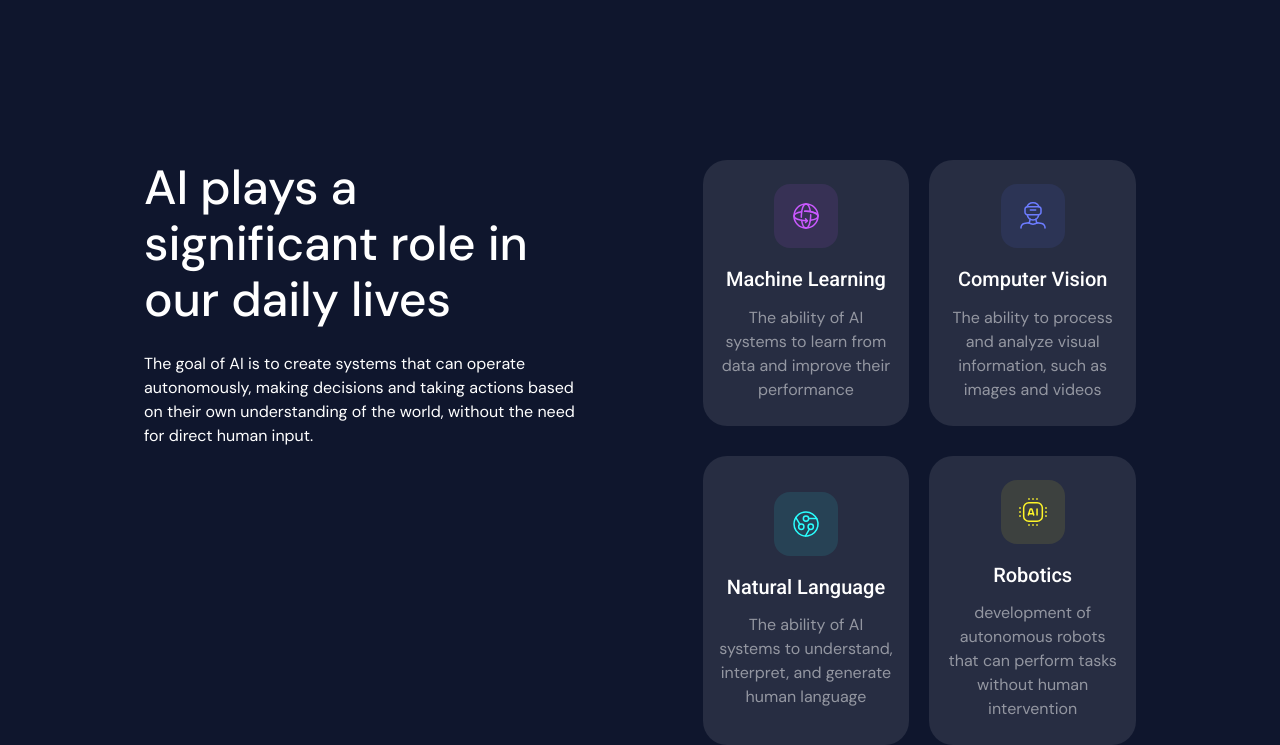
Repository: alphatra/INVO-Academy
Page: / (app in [lvl 1] Sekcja 4 obszarów AI/Starter-code/)
These files come from the project's save history. The page is drawn as it stood at one moment and after the next save; the edit follows.
The browser window is 1280 px wide. The pictures show the whole page.
The project was rebuilt for these pictures with package versions that can differ from the ones it lists, and the page was loaded fresh each time.

Above is the page before, as saved 2023-02-23 23:49:03.
Console error: TypeError: Cannot read properties of null (reading 'addEventListener')

### [lvl 1] Sekcja 4 obszarów AI/Starter-code/index.html
<!DOCTYPE html>
<html lang="en">

<head>
  <meta charset="UTF-8" />
  <link rel="icon" type="image/svg+xml" href="/vite.svg" />
  <meta name="viewport" content="width=device-width, initial-scale=1.0" />
  <title>INVO Academy JS Starter with Vite</title>
</head>

<!-- In order to start your challenge, remove all the content inside <div id="home-page"></div> and start coding :) -->

<body>
  <main>
    <section class="header">
      <div class="header__text">
        <h1>AI plays a significant role in our daily lives</h1>
        <span>The goal of AI is to create systems that can operate
          autonomously, making decisions and taking actions based on
          their own understanding of the world, without the need for direct human input.</span>
      </div>
    </section>

    <section class="categories">
      <div class="categories__category">
        <div class="categories__image">
          <img src="/public/images/ML.svg" alt="Machine Learning">
        </div>
        <h4>Machine Learning</h4>
        <span>The ability of AI systems to learn from data and improve their performance</span>
      </div>
      <div class="categories__category">
        <div class="categories__image">
          <img src="/public/images/CV.svg" alt="Computer Vision">
        </div>
        <h4>Computer Vision</h4>
        <span>The ability to process and analyze visual information, such as images and videos</span>
      </div>
      <div class="categories__category">
        <div class="categories__image">
          <img src="/public/images/NL.svg" alt="Natural Language">
        </div>
        <h4>Natural Language</h4>
        <span> The ability of AI systems to understand, interpret, and generate human language</span>
      </div>
      <div class="categories__category">
        <div class="categories__image">
          <img src="/public/images/AI.svg" alt="Robotics">
        </div>
        <h4>Robotics</h4>
        <span>development of autonomous robots that can perform tasks without human intervention</span>
      </div>
    </section>
  </main>


  <script type="module" src="/src/global-scripts/main.js"></script>
  <script type="module" src="/src/pages/home-page/scripts/home-page.js"></script>
</body>

</html>

### [lvl 1] Sekcja 4 obszarów AI/Starter-code/src/pages/home-page/scripts/home-page.js
/// Homepage JavaScript File
/// Here we import all the JavaScript files we need for our homepage.

import '../styles/home-page.scss'

import { setupCounter } from '../../../global-scripts/scripts/counter/counter.js'

setupCounter(document.querySelector('#counter'))

### [lvl 1] Sekcja 4 obszarów AI/Starter-code/src/global-styles/style.scss
/// Main Styles File
/// Here we import all the global Styles files we need for our project.

@import "styles/normalize.scss";
@import "styles/root.scss";
@import "styles/fonts.scss";

body {
  font-family: 'Roboto', sans-serif;
  color: var(--color-primary);
}

p {
  color: var(--color-on-surface);
}

### [lvl 1] Sekcja 4 obszarów AI/Starter-code/src/pages/home-page/styles/home-page.scss
    /// Homepage Styles File
    /// Here we import all the Styles files we need for our Homepage.

    body {
        background-color: #0F162D;
    }

    h1,
    p,
    span {
        font-family: 'DM Sans', sans-serif;
        color: white;
    }

    main {
        display: flex;
        flex-direction: row;
        justify-content: center;
        gap: 7em;
        margin-top: 8em;
    }

    .header {
        margin-left: 9em;
    }

    .header__text {
        &>h1 {
            font-size: 48px;
            line-height: 56px;
            font-weight: 500;
            letter-spacing: -0.002em;
            margin-bottom: 24px
        }

        &>span {
            font-size: 16px;
            line-height: 24px;
            font-weight: 400;
        }

    }

    .categories {
        display: grid;
        grid-template-columns: repeat(2, 1fr);
        grid-template-rows: repeat(2, minmax(100px, auto));
        grid-column-gap: 20px;
        row-gap: 30px;
        margin-right: 9em;
        margin-top: 2em;
    }

    .categories__category {
        display: flex;
        flex-direction: column;
        justify-content: center;
        background: #272D42;
        border-radius: 24px;
        text-align: center;
        color: white;
        padding-top: 24px;
        padding-bottom: 24px;

        &>h4 {
            font-size: 20px;
            line-height: 0px;
            font-weight: 500;
        }

        &>span {
            font-size: 16px;
            line-height: 24px;
            font-weight: 400;
            opacity: 0.5;
            padding-left: 16px;
            padding-right: 16px;
        }
    }

    @media screen and (min-width: 768px) and (max-width: 1024px) {
        main {
        flex-direction: column;
        align-items: center;
        margin-top: 13em;
        gap: 1em;
        }

        .header {
            margin-left: 14em;
            margin-right: 14em;
        }
        .categories {
            margin-left: 14em;
        margin-right: 14em;
        grid-template-columns: repeat(2, 1fr);
        grid-template-rows: repeat(2, minmax(100px, auto));
        margin-top: 0;
        }

        .categories__category {

        }
    }

    @media screen and (max-width: 767px) {
        main {
        margin-top: 0;
        flex-direction: column;
        gap: 0;
        }

        .header {
            margin-left: 2em;
            margin-right: 2em;
        }

        .header__text {
            &>h1 {
                font-size: 32px;
                line-height: 40px;
            }

            &>span {
                font-weight: 400;
                font-size: 16px;
            }
        }

        .categories {
            margin-left: 2em;
            margin-right: 2em;
        grid-template-columns: 1fr;
        grid-template-rows: auto;
        }

        .catergoris__category {
            margin: auto;
            padding-left: 16px;
            padding-right: 16px;
            padding-bottom: 24px;

        }
    }

### [lvl 1] Sekcja 4 obszarów AI/Starter-code/src/global-scripts/scripts/counter/counter.js
/// Sample js file for demo purposes
/// Remember to always export your functions
/// so that they can be used in other files

export function setupCounter(element) {
  let counter = 0
  const setCounter = (count) => {
    counter = count
    element.innerHTML = `script test - count is ${counter}`
  }
  element.addEventListener('click', () => setCounter(counter + 1))
  setCounter(0)
}

### [lvl 1] Sekcja 4 obszarów AI/Starter-code/src/global-styles/styles/root.scss
/// Root Styles file
/// Here we define all the root variables we need for our project.
/// For examples see Material Design color system: https://m2.material.io/design/color/the-color-system.html

:root {
    --color-primary: #5721f2;
    --color-on-surface: #000;
}

### [lvl 1] Sekcja 4 obszarów AI/Starter-code/src/global-styles/styles/fonts.scss
/// Main Fonts File
/// Here we import all the fonts files we need for our project.

@import url('https://fonts.googleapis.com/css2?family=Roboto:ital,wght@0,100;0,300;0,400;0,500;0,700;0,900;1,100;1,300;1,400;1,500;1,700;1,900&display=swap');
@import url('https://fonts.googleapis.com/css2?family=DM+Sans:wght@400;500&display=swap');

Loaded but not shown: [lvl 1] Sekcja 4 obszarów AI/Starter-code/src/global-scripts/main.js (common file); [lvl 1] Sekcja 4 obszarów AI/Starter-code/src/global-styles/styles/normalize.scss (common file)

After the next save:
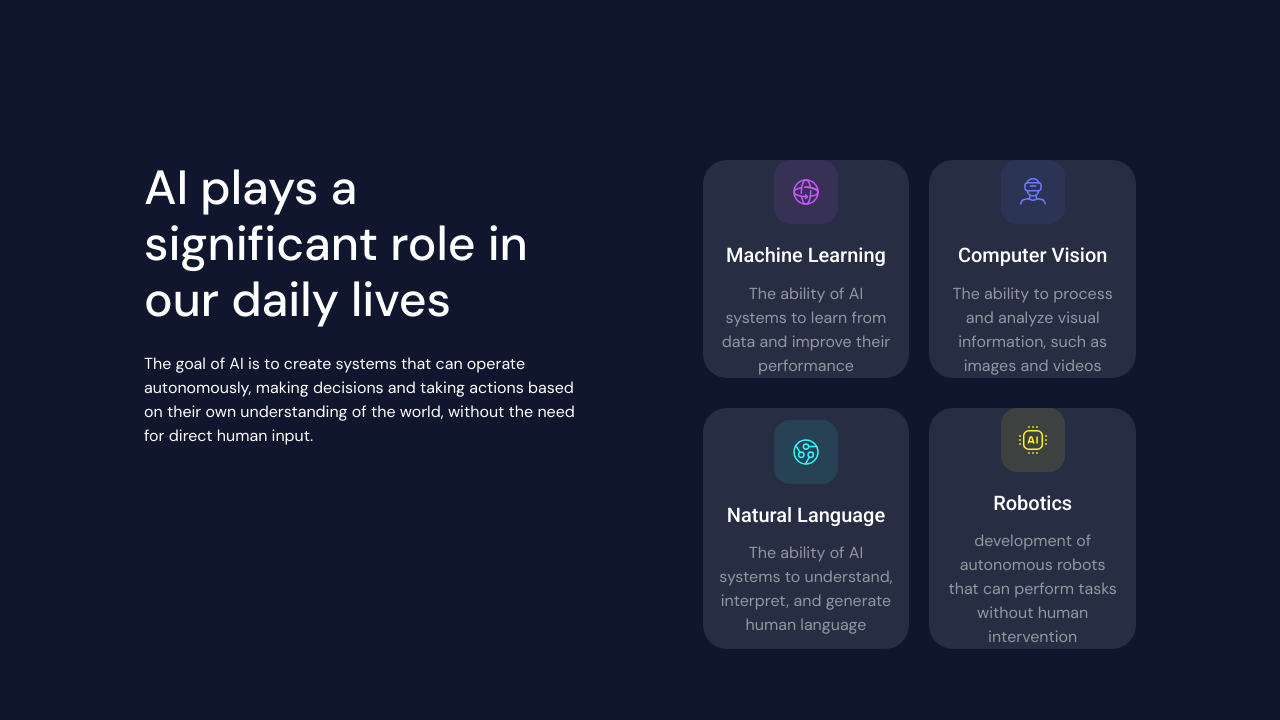
Saved 31 s later.
--- a/[lvl 1] Sekcja 4 obszarów AI/Starter-code/src/pages/home-page/styles/home-page.scss
+++ b/[lvl 1] Sekcja 4 obszarów AI/Starter-code/src/pages/home-page/styles/home-page.scss
@@ -59,8 +59,7 @@
         border-radius: 24px;
         text-align: center;
         color: white;
-        padding-top: 24px;
-        padding-bottom: 24px;
+        height: auto;
 
         &>h4 {
             font-size: 20px;
